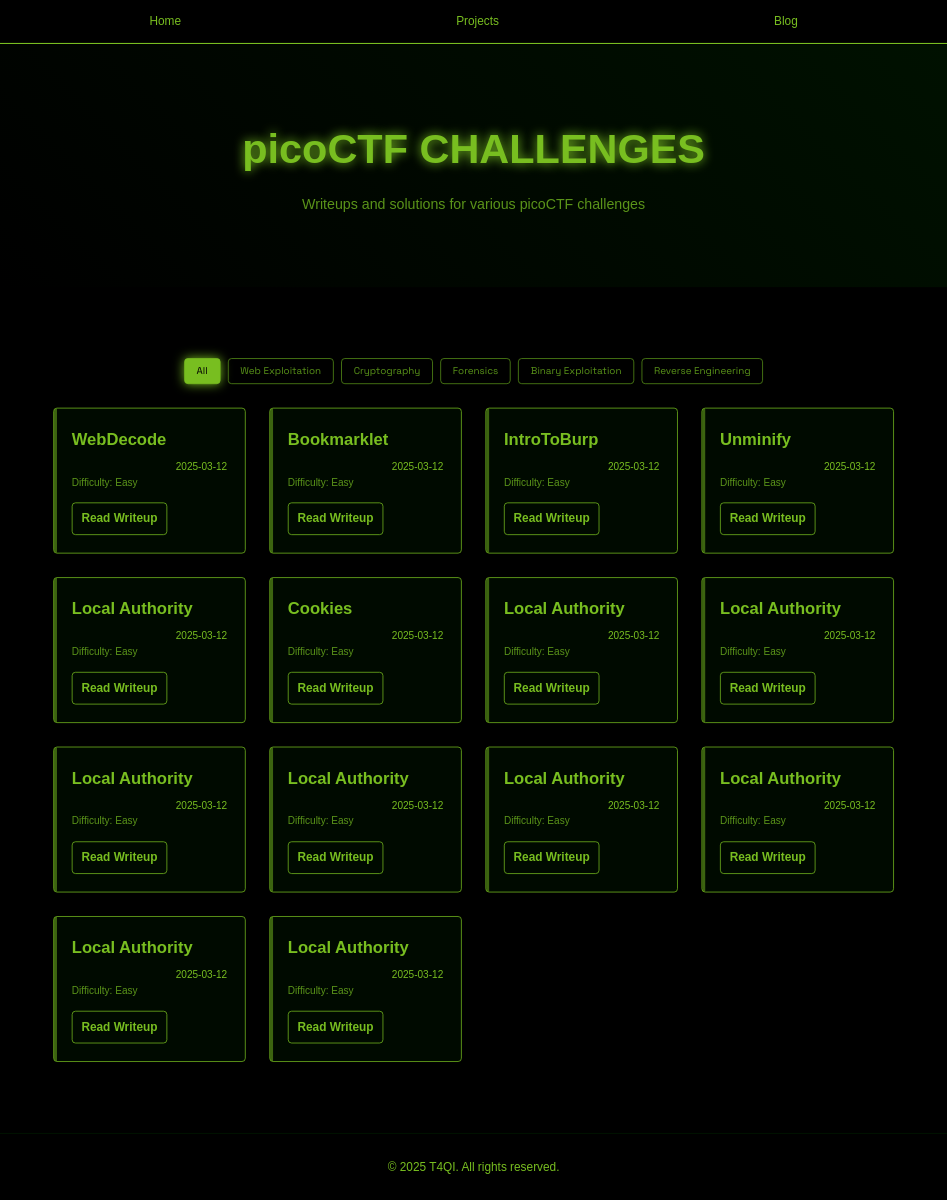
Repository: mohamedsoliman-tq/Website
Page: blogs/picoCTF/picoCTF.html
These files come from the project's save history. The page is drawn as it stood at one moment and after the next save; the edit follows.
The browser window is 1280 px wide. The pictures show the whole page, at 74% of full size.

Above is the page before, as saved 2025-03-14 02:50:33.

### blogs/picoCTF/picoCTF.html
<!DOCTYPE html>
<html lang="en">
<head>
    <meta charset="UTF-8">
    <meta name="viewport" content="width=device-width, initial-scale=1.0">
    <title>picoCTF Blogs | T4QI</title>
    <link href="https://fonts.googleapis.com/css2?family=Space+Grotesk:wght@300;400;700&display=swap" rel="stylesheet">
    <link rel="icon" type="image/x-icon" href="/assets/favicon.ico">
    <link rel="apple-touch-icon" sizes="180x180" href="/assets/ficon.png">
    <link rel="stylesheet" href="/css/base.css">
    <link rel="stylesheet" href="/css/navigation.css">
    <link rel="stylesheet" href="/css/hero.css">
    <link rel="stylesheet" href="/css/sections.css">
    <link rel="stylesheet" href="/css/utilities.css">
    <link rel="stylesheet" href="/css/platforms.css">
</head>
<body>
    <nav>
        <ul>
            <li><a href="/">Home</a></li>
            <li><a href="/Projects.html">Projects</a></li>
            <li><a href="/Blogs.html">Blog</a></li>
        </ul>
    </nav>

    <div class="hero">
        <div class="container">
            <h1>picoCTF CHALLENGES</h1>
            <p>Writeups and solutions for various picoCTF challenges</p>
        </div>
    </div>

    <section class="section">
        <div class="container">
            <div class="category-tabs">
                <button class="category-tab active" data-category="all">All</button>
                <button class="category-tab" data-category="web">Web Exploitation</button>
                <button class="category-tab" data-category="crypto">Cryptography</button>
                <button class="category-tab" data-category="forensics">Forensics</button>
                <button class="category-tab" data-category="binary">Binary Exploitation</button>
                <button class="category-tab" data-category="reverse">Reverse Engineering</button>
            </div>

            <div class="blog-posts">
                <!-- Web Exploitation Challenges -->
                <div class="blog-card" data-category="web">
                    <h3>WebDecode</h3>
                    <span class="blog-date">2025-03-12</span>
                    <span class="blog-difficulty">Difficulty: Easy</span>
                    <a href="/blogs/picoCTF/WebDecode.html" class="read-more">Read Writeup</a>
                </div>

                <div class="blog-card" data-category="web">
                    <h3>Bookmarklet</h3>
                    <span class="blog-date">2025-03-12</span>
                    <span class="blog-difficulty">Difficulty: Easy</span>
                    <a href="/blogs/picoCTF/bookmarklet.html" class="read-more">Read Writeup</a>
                </div>

                <div class="blog-card" data-category="web">
                    <h3>IntroToBurp</h3>
                    <span class="blog-date">2025-03-12</span>
                    <span class="blog-difficulty">Difficulty: Easy</span>
                    <a href="/blogs/picoCTF/introburp.html" class="read-more">Read Writeup</a>
                </div>

                <div class="blog-card" data-category="web">
                    <h3>Unminify</h3>
                    <span class="blog-date">2025-03-12</span>
                    <span class="blog-difficulty">Difficulty: Easy</span>
                    <a href="/blogs/picoCTF/Unminify.html" class="read-more">Read Writeup</a>
                </div>

                <div class="blog-card" data-category="web">
                    <h3>Local Authority</h3>
                    <span class="blog-date">2025-03-12</span>
                    <span class="blog-difficulty">Difficulty: Easy</span>
                    <a href="/blogs/picoCTF/localauth.html" class="read-more">Read Writeup</a>
                </div>

                <div class="blog-card" data-category="web">
                    <h3>Cookies</h3>
                    <span class="blog-date">2025-03-12</span>
                    <span class="blog-difficulty">Difficulty: Easy</span>
                    <a href="/blogs/picoCTF/Cookies.html" class="read-more">Read Writeup</a>
                </div>

                <div class="blog-card" data-category="web">
                    <h3>Local Authority</h3>
                    <span class="blog-date">2025-03-12</span>
                    <span class="blog-difficulty">Difficulty: Easy</span>
                    <a href="/blogs/picoCTF/dont-use-client-side.html" class="read-more">Read Writeup</a>
                </div>

                <div class="blog-card" data-category="web">
                    <h3>Local Authority</h3>
                    <span class="blog-date">2025-03-12</span>
                    <span class="blog-difficulty">Difficulty: Easy</span>
                    <a href="/blogs/picoCTF/localauth.html" class="read-more">Read Writeup</a>
                </div>

                <div class="blog-card" data-category="web">
                    <h3>Local Authority</h3>
                    <span class="blog-date">2025-03-12</span>
                    <span class="blog-difficulty">Difficulty: Easy</span>
                    <a href="/blogs/picoCTF/localauth.html" class="read-more">Read Writeup</a>
                </div>

                <div class="blog-card" data-category="web">
                    <h3>Local Authority</h3>
                    <span class="blog-date">2025-03-12</span>
                    <span class="blog-difficulty">Difficulty: Easy</span>
                    <a href="/blogs/picoCTF/localauth.html" class="read-more">Read Writeup</a>
                </div>

                <div class="blog-card" data-category="web">
                    <h3>Local Authority</h3>
                    <span class="blog-date">2025-03-12</span>
                    <span class="blog-difficulty">Difficulty: Easy</span>
                    <a href="/blogs/picoCTF/localauth.html" class="read-more">Read Writeup</a>
                </div>

                <div class="blog-card" data-category="web">
                    <h3>Local Authority</h3>
                    <span class="blog-date">2025-03-12</span>
                    <span class="blog-difficulty">Difficulty: Easy</span>
                    <a href="/blogs/picoCTF/localauth.html" class="read-more">Read Writeup</a>
                </div>

                <div class="blog-card" data-category="web">
                    <h3>Local Authority</h3>
                    <span class="blog-date">2025-03-12</span>
                    <span class="blog-difficulty">Difficulty: Easy</span>
                    <a href="/blogs/picoCTF/localauth.html" class="read-more">Read Writeup</a>
                </div>

                <div class="blog-card" data-category="web">
                    <h3>Local Authority</h3>
                    <span class="blog-date">2025-03-12</span>
                    <span class="blog-difficulty">Difficulty: Easy</span>
                    <a href="/blogs/picoCTF/localauth.html" class="read-more">Read Writeup</a>
                </div>

                <!-- Cryptography Challenges -->


                <!-- Forensics Challenges -->


                <!-- Binary Exploitation Challenges -->


                <!-- Reverse Engineering Challenges -->

            </div>
        </div>
    </section>

    <footer>
        <p>© 2025 T4QI. All rights reserved.</p>
    </footer>

    <script>
        // Simple category filter functionality
        document.addEventListener('DOMContentLoaded', function() {
            const categoryTabs = document.querySelectorAll('.category-tab');
            const blogCards = document.querySelectorAll('.blog-card');

            categoryTabs.forEach(tab => {
                tab.addEventListener('click', function() {
                    // Remove active class from all tabs
                    categoryTabs.forEach(t => t.classList.remove('active'));

                    // Add active class to clicked tab
                    this.classList.add('active');

                    // Get selected category
                    const category = this.getAttribute('data-category');

                    // Filter blog cards
                    blogCards.forEach(card => {
                        if (category === 'all' || card.getAttribute('data-category') === category) {
                            card.style.display = 'block';
                        } else {
                            card.style.display = 'none';
                        }
                    });
                });
            });
        });
    </script>
</body>
</html>

### css/base.css
@import url('https://fonts.googleapis.com/css2?family=Space+Grotesk:wght@300;400;700&display=swap');

:root {
    --primary-black: #000000;
    --green-accent: #78BE20;
    --dark-green: #5a9419;
}

* {
    margin: 0;
    padding: 0;
    box-sizing: border-box;
    font-family: 'Space+Grotesk', sans-serif;
}

body {
    background-color: var(--primary-black);
    color: var(--green-accent);
    line-height: 1.6;
}

.container {
    max-width: 1200px;
    margin: 0 auto;
    padding: 2rem;
}

.section {
    padding: 4rem 0;
    border-bottom: 1px solid #001a00;
}

### css/navigation.css
nav {
    background: rgba(0, 0, 0, 0.95);
    padding: 1rem;
    position: sticky;
    top: 0;
    border-bottom: 2px solid var(--green-accent);
    z-index: 100;
}

nav ul {
    display: flex;
    justify-content: space-around;
    list-style: none;
}

nav a {
    color: var(--green-accent);
    text-decoration: none;
    padding: 0.5rem 1rem;
    transition: all 0.3s;
}

nav a:hover {
    color: var(--dark-green);
    text-shadow: 0 0 10px var(--green-accent);
}

@media (max-width: 768px) {
    nav ul {
        flex-direction: column;
        align-items: center;
    }

    nav li {
        margin: 0.5rem 0;
    }
}

### css/hero.css
.hero {
    text-align: center;
    padding: 4rem 0;
    background: linear-gradient(45deg, var(--primary-black), #001100);
}

.hero h1 {
    font-size: 3.5rem;
    margin-bottom: 1rem;
    color: var(--green-accent);
    text-shadow: 0 0 15px var(--green-accent);
}

.hero p {
    color: var(--dark-green);
    font-size: 1.2rem;
}

@media (max-width: 768px) {
    .hero h1 {
        font-size: 2.5rem;
    }
}

### css/sections.css
.skills-grid {
    display: grid;
    grid-template-columns: repeat(auto-fit, minmax(250px, 1fr));
    gap: 2rem;
    margin-top: 2rem;
}

.skill-card, .project-card, .blog-card {
    background: #000a00;
    padding: 1.5rem;
    border-radius: 5px;
    border: 1px solid var(--green-accent);
    transition: transform 0.3s ease;
}

.skill-card:hover, .project-card:hover, .blog-card:hover {
    transform: scale(1.05);
    box-shadow: 0 0 15px var(--green-accent);
}

.projects, .blog-posts {
    display: grid;
    grid-template-columns: repeat(auto-fit, minmax(250px, 1fr));
    gap: 2rem;
    margin-top: 2rem;
}

.project-card h3, .blog-card h3 {
    color: var(--green-accent);
    margin-bottom: 0.75rem;
}

.project-card p, .blog-card p {
    color: var(--dark-green);
    margin-bottom: 0.5rem;
}

.blog-date {
    color: var(--green-accent);
    font-size: 0.85rem;
    display: block;
    text-align: right;
}

.contact-grid {
    display: grid;
    grid-template-columns: 1fr 1fr;
    gap: 2rem;
    align-items: center;
}

.social-links {
    background: #000a00;
    padding: 1.5rem;
    border: 1px solid var(--green-accent);
    border-radius: 8px;
}

.social-links h3 {
    color: var(--green-accent);
    margin-bottom: 1rem;
    text-align: center;
}

.social-icons {
    display: flex;
    flex-direction: column;
    gap: 1rem;
}

.social-icon {
    color: var(--green-accent);
    text-decoration: none;
    padding: 0.5rem 1rem;
    border: 1px solid var(--green-accent);
    text-align: center;
    transition: all 0.3s ease;
}

.social-icon:hover {
    background-color: var(--green-accent);
    color: var(--primary-black);
    box-shadow: 0 0 15px var(--green-accent);
}

.read-more {
    display: inline-block;
    margin-top: 10px;
    padding: 8px 12px;
    font-size: 1rem;
    font-weight: bold;
    color: var(--green-accent);
    text-decoration: none;
    border: 1px solid var(--green-accent);
    border-radius: 5px;
    transition: all 0.3s ease;
}

.read-more:hover {
    background-color: var(--green-accent);
    color: var(--primary-black);
    box-shadow: 0 0 10px var(--green-accent);
}


@media (max-width: 768px) {
    .projects, .blog-posts, .contact-grid {
        grid-template-columns: 1fr;
    }
}

/* Add this to your sections.css file */

/* Category tabs for filtering */
.category-tabs {
    display: flex;
    flex-wrap: wrap;
    gap: 10px;
    margin-bottom: 2rem;
    justify-content: center;
}

.category-tab {
    background: transparent;
    color: var(--dark-green);
    border: 1px solid var(--dark-green);
    border-radius: 5px;
    padding: 8px 16px;
    cursor: pointer;
    transition: all 0.3s ease;
    font-family: 'Space Grotesk', sans-serif;
}

.category-tab:hover {
    border-color: var(--green-accent);
    color: var(--green-accent);
    box-shadow: 0 0 10px rgba(120, 190, 32, 0.2);
}

.category-tab.active {
    background-color: var(--green-accent);
    color: var(--primary-black);
    border-color: var(--green-accent);
    box-shadow: 0 0 15px var(--green-accent);
}

/* Blog card enhancements */
.blog-card {
    display: flex;
    flex-direction: column;
    height: 100%;
    position: relative;
    overflow: hidden;
}

.blog-card::before {
    content: '';
    position: absolute;
    top: 0;
    left: 0;
    width: 4px;
    height: 100%;
    background: var(--green-accent);
    opacity: 0.5;
}

.blog-card h3 {
    font-size: 1.4rem;
    margin-bottom: 0.5rem;
}

.blog-difficulty {
    color: var(--dark-green);
    font-size: 0.85rem;
    display: block;
    margin-bottom: 1rem;
}

.blog-card .read-more {
    margin-top: auto;
    align-self: flex-start;
}

/* Responsive adjustments */
@media (max-width: 768px) {
    .category-tabs {
        flex-direction: column;
        align-items: center;
    }

    .category-tab {
        width: 100%;
        text-align: center;
    }
}

### css/utilities.css
footer {
    text-align: center;
    padding: 2rem;
    color: var(--green-accent);
}

.hidden {
    display: none;
}

.visible {
    display: block;
}

### css/platforms.css
/* Platform grid layout */
.platform-grid {
    display: grid;
    grid-template-columns: repeat(auto-fit, minmax(250px, 1fr));
    gap: 2rem;
    margin-top: 2rem;
}

/* Platform card styling */
.platform-card {
    background: #000a00;
    padding: 1.5rem;
    border-radius: 5px;
    border: 1px solid var(--green-accent);
    transition: all 0.3s ease;
    position: relative;
    overflow: hidden;
    cursor: pointer;
    text-align: center;
    display: block;
    text-decoration: none;
    color: inherit;
}

.platform-card h3 {
    color: var(--green-accent);
    margin-bottom: 0.75rem;
    position: relative;
    z-index: 2;
}

.platform-card p {
    color: var(--dark-green);
    margin-bottom: 0.5rem;
    position: relative;
    z-index: 2;
}

/* Glow effect */
.platform-glow {
    position: absolute;
    bottom: -50px;
    left: 0;
    width: 100%;
    height: 50px;
    background: var(--green-accent);
    filter: blur(20px);
    opacity: 0.2;
    transition: all 0.3s ease;
}

/* Hover effects */
.platform-card:hover {
    transform: translateY(-5px);
    box-shadow: 0 0 15px var(--green-accent);
    cursor: pointer;
}

.platform-card:hover .platform-glow {
    opacity: 0.5;
    bottom: -30px;
}

/* Responsive adjustments */
@media (max-width: 768px) {
    .platform-grid {
        grid-template-columns: 1fr;
    }
}

After the next save:
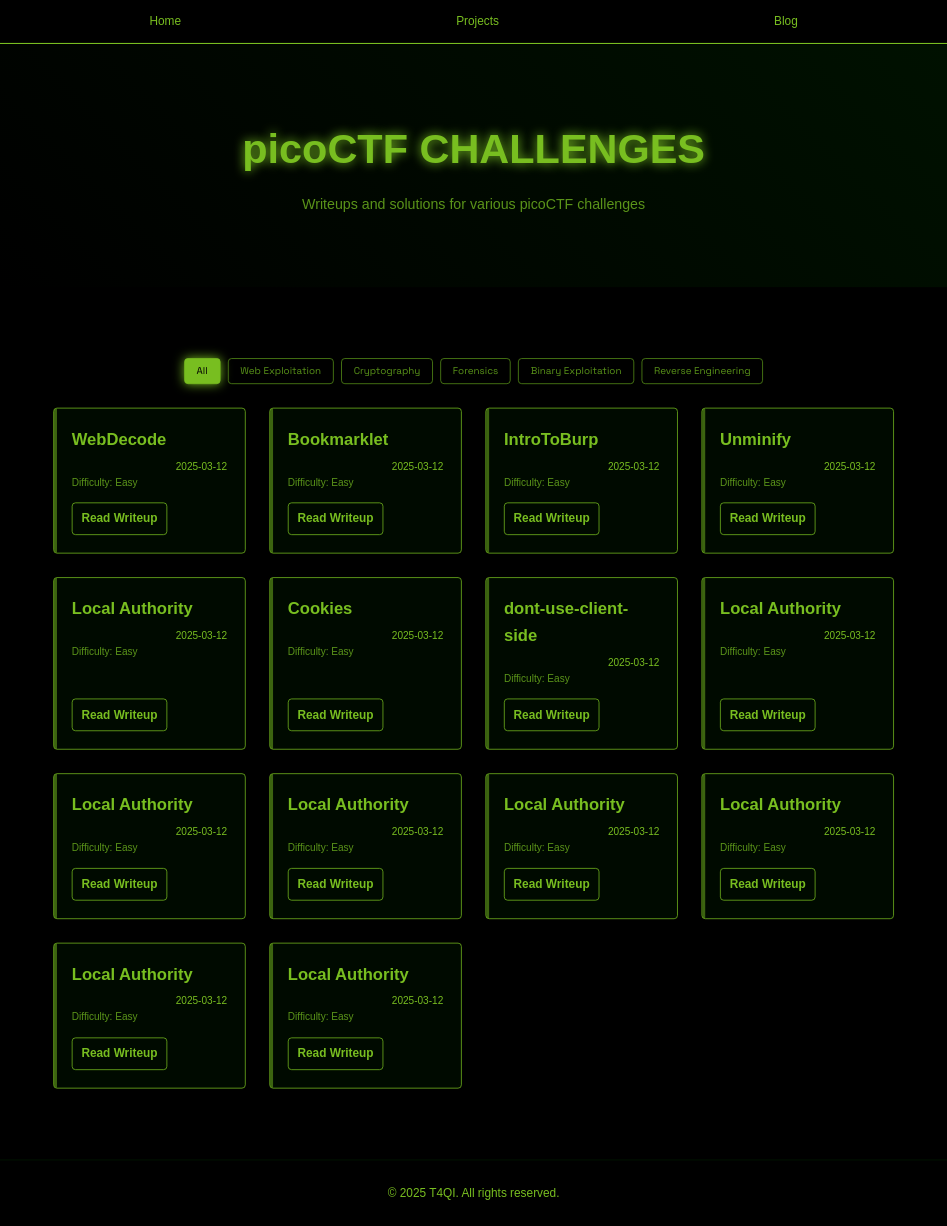
Saved 16 s later.
--- a/blogs/picoCTF/picoCTF.html
+++ b/blogs/picoCTF/picoCTF.html
@@ -86,7 +86,7 @@
                 </div>
 
                 <div class="blog-card" data-category="web">
-                    <h3>Local Authority</h3>
+                    <h3>dont-use-client-side</h3>
                     <span class="blog-date">2025-03-12</span>
                     <span class="blog-difficulty">Difficulty: Easy</span>
                     <a href="/blogs/picoCTF/dont-use-client-side.html" class="read-more">Read Writeup</a>
